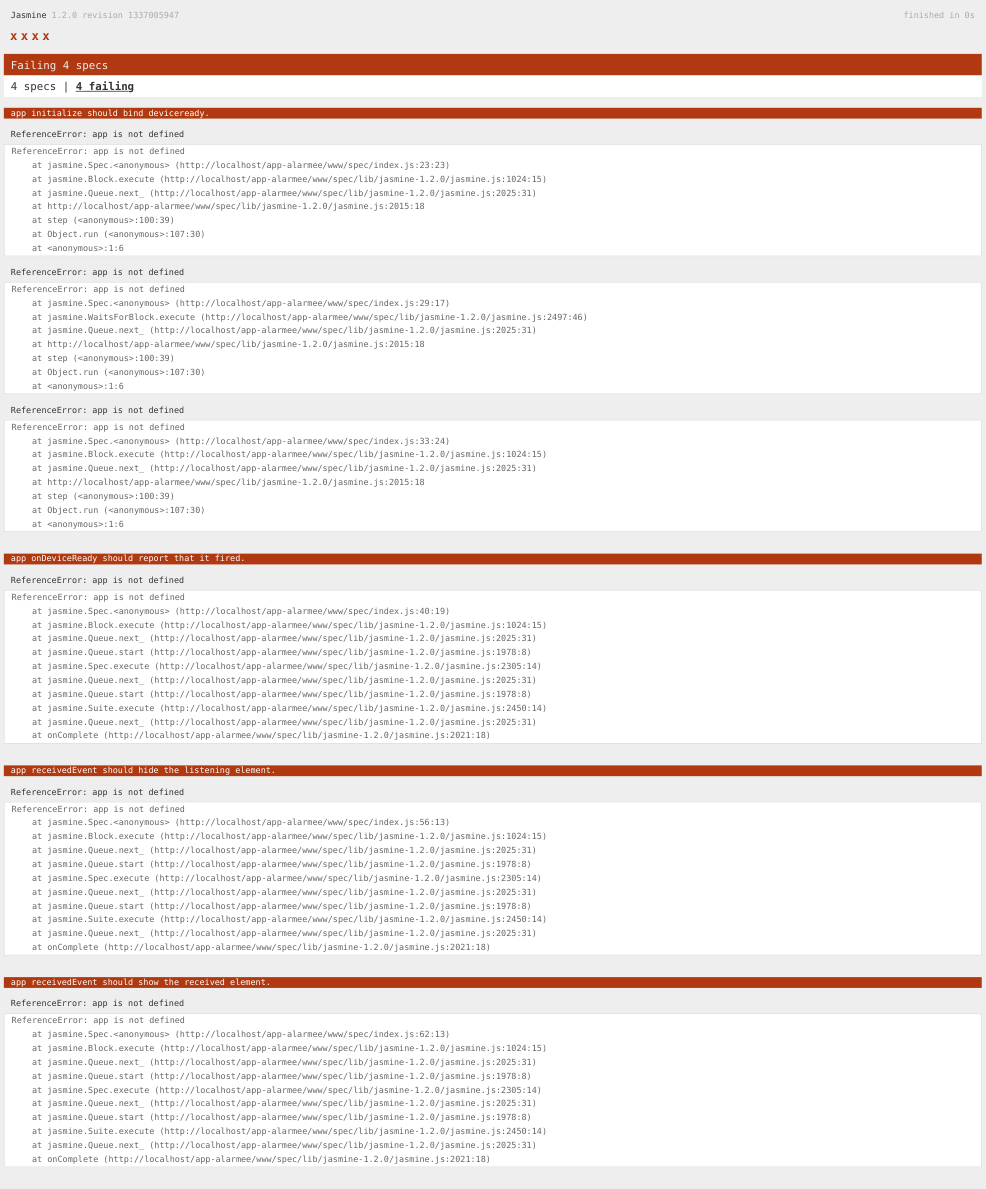
Repository: agustinbaretto/alarmee
Page: app-alarmee/www/spec.html
The author's editor kept a record of every edit. The page is drawn from the files as they stood at one moment, then again after the next edit.
The browser window is 1280 px wide. The pictures show the whole page, at 77% of full size.

Above is the page before.
Console error: SyntaxError: Unexpected identifier 'navigator'

### app-alarmee/www/spec.html
<!DOCTYPE html>
<!--
    Licensed to the Apache Software Foundation (ASF) under one
    or more contributor license agreements.  See the NOTICE file
    distributed with this work for additional information
    regarding copyright ownership.  The ASF licenses this file
    to you under the Apache License, Version 2.0 (the
    "License"); you may not use this file except in compliance
    with the License.  You may obtain a copy of the License at

    http://www.apache.org/licenses/LICENSE-2.0

    Unless required by applicable law or agreed to in writing,
    software distributed under the License is distributed on an
    "AS IS" BASIS, WITHOUT WARRANTIES OR CONDITIONS OF ANY
     KIND, either express or implied.  See the License for the
    specific language governing permissions and limitations
    under the License.
-->
<html>
    <head>
        <title>Jasmine Spec Runner</title>

        <!-- jasmine source -->
        <link rel="shortcut icon" type="image/png" href="spec/lib/jasmine-1.2.0/jasmine_favicon.png">
        <link rel="stylesheet" type="text/css" href="spec/lib/jasmine-1.2.0/jasmine.css">
        <script type="text/javascript" src="spec/lib/jasmine-1.2.0/jasmine.js"></script>
        <script type="text/javascript" src="spec/lib/jasmine-1.2.0/jasmine-html.js"></script>

        <!-- include source files here... -->
        <script type="text/javascript" src="js/index.js"></script>

        <!-- include spec files here... -->
        <script type="text/javascript" src="spec/helper.js"></script>
        <script type="text/javascript" src="spec/index.js"></script>

        <script type="text/javascript">
            (function() {
                var jasmineEnv = jasmine.getEnv();
                jasmineEnv.updateInterval = 1000;

                var htmlReporter = new jasmine.HtmlReporter();

                jasmineEnv.addReporter(htmlReporter);

                jasmineEnv.specFilter = function(spec) {
                    return htmlReporter.specFilter(spec);
                };

                var currentWindowOnload = window.onload;

                window.onload = function() {
                    if (currentWindowOnload) {
                        currentWindowOnload();
                    }
                    execJasmine();
                };

                function execJasmine() {
                    jasmineEnv.execute();
                }
            })();
        </script>
    </head>
    <body>
        <div id="stage" style="display:none;"></div>
    </body>
</html>

### app-alarmee/www/js/index.js
var app = {
    // Application Constructor
    initialize: function() {
        this.bindEvents();
    },
    // Bind Event Listeners
    //
    // Bind any events that are required on startup. Common events are:
    // 'load', 'deviceready', 'offline', and 'online'.
    bindEvents: function() {
        document.addEventListener('deviceready', this.onDeviceReady, false);
    },
    // deviceready Event Handler
    //
    // The scope of 'this' is the event. In order to call the 'receivedEvent'
    // function, we must explicitly call 'app.receivedEvent(...);'
    onDeviceReady: function() {
        alert("hola");
    },
    // Update DOM on a Received Event
    onGeoSuccess: function(position) {
    alert('Latitude: '          + position.coords.latitude          + '\n' +
          'Longitude: '         + position.coords.longitude         + '\n' +
          'Altitude: '          + position.coords.altitude          + '\n' +
          'Accuracy: '          + position.coords.accuracy          + '\n' +
          'Altitude Accuracy: ' + position.coords.altitudeAccuracy  + '\n' +
          'Heading: '           + position.coords.heading           + '\n' +
          'Speed: '             + position.coords.speed             + '\n' +
          'Timestamp: '         + position.timestamp                + '\n');
    },
    // onError Callback receives a PositionError object
    //
    onGeoError: function(error) {
    alert('code: '    + error.code    + '\n' +
          'message: ' + error.message + '\n');
    }

navigator.geolocation.getCurrentPosition(onSuccess, onError);
};

### app-alarmee/www/spec/helper.js
/*
 * Licensed to the Apache Software Foundation (ASF) under one
 * or more contributor license agreements.  See the NOTICE file
 * distributed with this work for additional information
 * regarding copyright ownership.  The ASF licenses this file
 * to you under the Apache License, Version 2.0 (the
 * "License"); you may not use this file except in compliance
 * with the License.  You may obtain a copy of the License at
 *
 * http://www.apache.org/licenses/LICENSE-2.0
 *
 * Unless required by applicable law or agreed to in writing,
 * software distributed under the License is distributed on an
 * "AS IS" BASIS, WITHOUT WARRANTIES OR CONDITIONS OF ANY
 * KIND, either express or implied.  See the License for the
 * specific language governing permissions and limitations
 * under the License.
 */
afterEach(function() {
    document.getElementById('stage').innerHTML = '';
});

var helper = {
    trigger: function(obj, name) {
        var e = document.createEvent('Event');
        e.initEvent(name, true, true);
        obj.dispatchEvent(e);
    },
    getComputedStyle: function(querySelector, property) {
        var element = document.querySelector(querySelector);
        return window.getComputedStyle(element).getPropertyValue(property);
    }
};

### app-alarmee/www/spec/index.js
/*
 * Licensed to the Apache Software Foundation (ASF) under one
 * or more contributor license agreements.  See the NOTICE file
 * distributed with this work for additional information
 * regarding copyright ownership.  The ASF licenses this file
 * to you under the Apache License, Version 2.0 (the
 * "License"); you may not use this file except in compliance
 * with the License.  You may obtain a copy of the License at
 *
 * http://www.apache.org/licenses/LICENSE-2.0
 *
 * Unless required by applicable law or agreed to in writing,
 * software distributed under the License is distributed on an
 * "AS IS" BASIS, WITHOUT WARRANTIES OR CONDITIONS OF ANY
 * KIND, either express or implied.  See the License for the
 * specific language governing permissions and limitations
 * under the License.
 */
describe('app', function() {
    describe('initialize', function() {
        it('should bind deviceready', function() {
            runs(function() {
                spyOn(app, 'onDeviceReady');
                app.initialize();
                helper.trigger(window.document, 'deviceready');
            });

            waitsFor(function() {
                return (app.onDeviceReady.calls.length > 0);
            }, 'onDeviceReady should be called once', 500);

            runs(function() {
                expect(app.onDeviceReady).toHaveBeenCalled();
            });
        });
    });

    describe('onDeviceReady', function() {
        it('should report that it fired', function() {
            spyOn(app, 'receivedEvent');
            app.onDeviceReady();
            expect(app.receivedEvent).toHaveBeenCalledWith('deviceready');
        });
    });

    describe('receivedEvent', function() {
        beforeEach(function() {
            var el = document.getElementById('stage');
            el.innerHTML = ['<div id="deviceready">',
                            '    <p class="event listening">Listening</p>',
                            '    <p class="event received">Received</p>',
                            '</div>'].join('\n');
        });

        it('should hide the listening element', function() {
            app.receivedEvent('deviceready');
            var displayStyle = helper.getComputedStyle('#deviceready .listening', 'display');
            expect(displayStyle).toEqual('none');
        });

        it('should show the received element', function() {
            app.receivedEvent('deviceready');
            var displayStyle = helper.getComputedStyle('#deviceready .received', 'display');
            expect(displayStyle).toEqual('block');
        });
    });
});

Loaded but not shown: app-alarmee/www/spec/lib/jasmine-1.2.0/jasmine.css (library); app-alarmee/www/spec/lib/jasmine-1.2.0/jasmine.js (library); app-alarmee/www/spec/lib/jasmine-1.2.0/jasmine-html.js (library)

After the next edit:
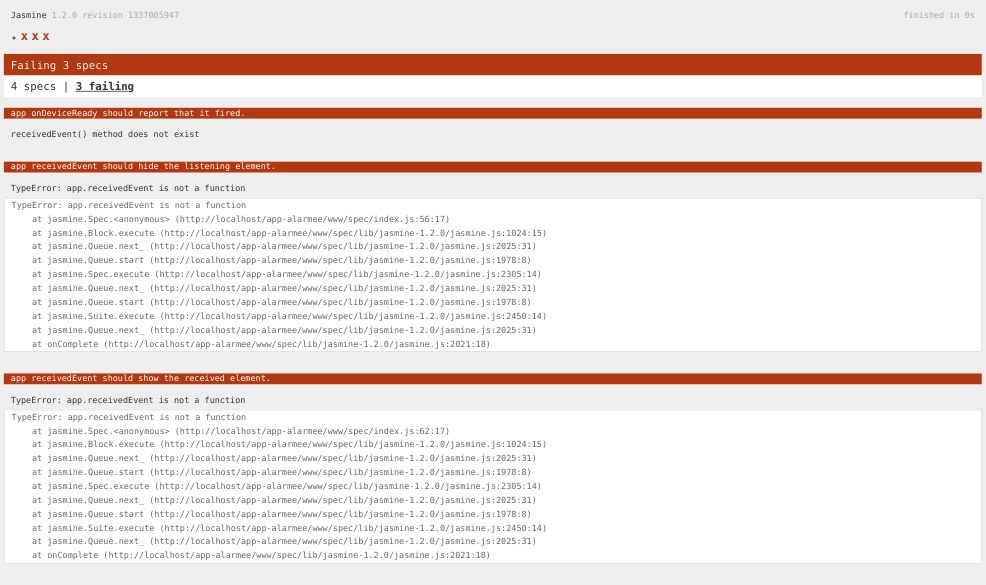
The error is gone.
The edit:
--- a/app-alarmee/www/js/index.js
+++ b/app-alarmee/www/js/index.js
@@ -34,6 +34,4 @@
     alert('code: '    + error.code    + '\n' +
           'message: ' + error.message + '\n');
     }
-
-navigator.geolocation.getCurrentPosition(onSuccess, onError);
 };
